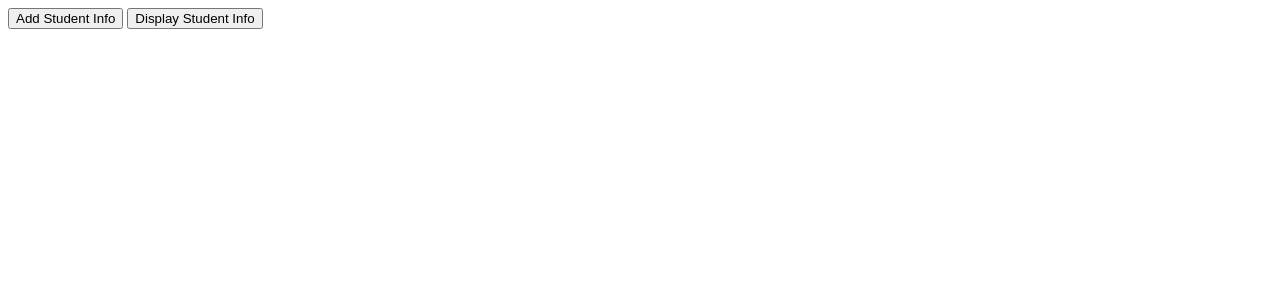
Repository: jks2127/SMS-webApp
Page: sms 1.2/WebContent/Options.html
An editor plug-in stored every save of this project. The page is shown before and after the next save, followed by the edit.
The browser window is 1280 px wide. The pictures show the whole page.

Above is the page before, as saved 2021-06-12 10:42:08.

After the next save:
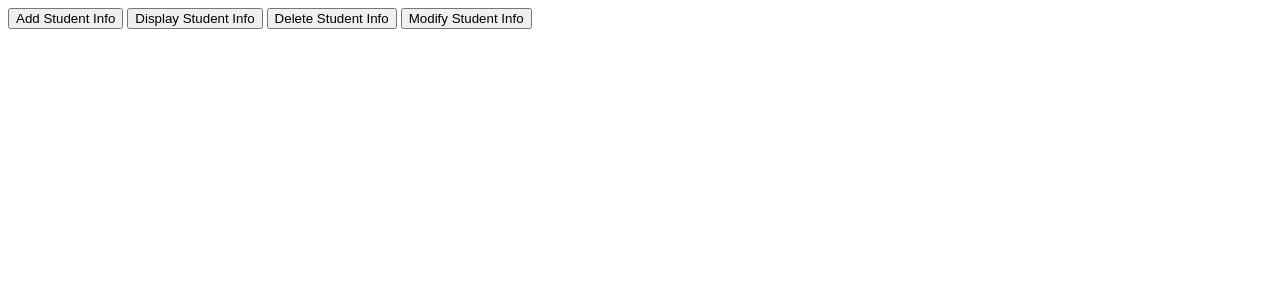
Saved 30 s later.
--- a/sms 1.2/WebContent/Options.html
+++ b/sms 1.2/WebContent/Options.html
@@ -8,6 +8,8 @@
 	<form action="">
 		<button>Add Student Info</button>
 		<button>Display Student Info</button>
+		<button>Delete Student Info</button>
+		<button>Modify Student Info</button>
 	</form>
 </body>
 </html>
